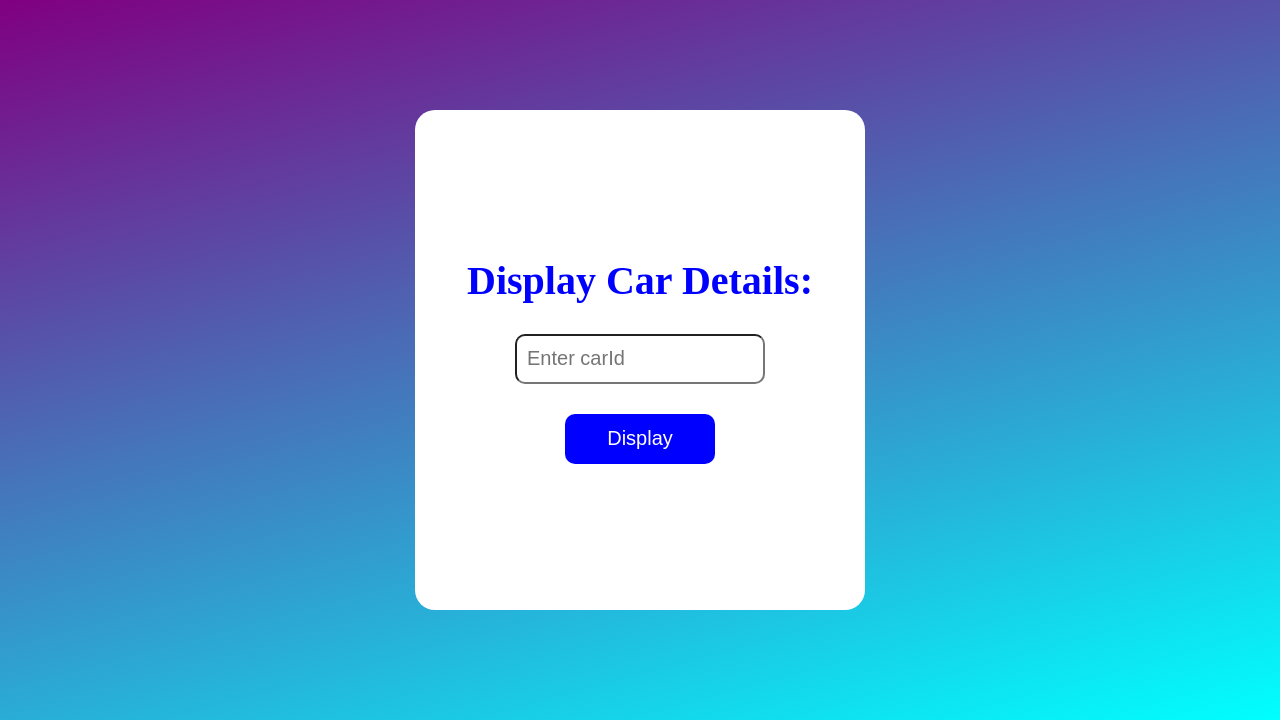
Repository: Dhirajkumar02/Advance-Java--J2EE-
Page: ServletProjecct_CarDB/src/main/webapp/DisplayCar.html
An editor plug-in stored every save of this project. The page is shown before and after the next save, followed by the edit.
The browser window is 1280 px wide. The pictures show the whole page.

Above is the page before, as saved 2024-11-16 18:43:01.

### ServletProjecct_CarDB/src/main/webapp/DisplayCar.html
<!DOCTYPE html>
<html>
<head>
<meta charset="UTF-8">
<title>Insert title here</title>

<style>
*{
box-sizing: border-box;
margin: 0;
padding: 0;
}
body{
height: 100vh;
display: flex;
justify-content: center;
align-items: center;
background: linear-gradient(165deg, purple, aqua);
}
form {
/*   border: 2px solid black; */
  background: #fff;
  height: 500px;
  width: 450px;
  display: flex;
  justify-content: center;
  align-items: center;
  flex-direction: column;
  gap: 30px;
  border-radius: 20px;
}

h1 {
  font-size: 40px;
  color: blue;
}
input {
  height: 50px;
  width: 250px;
  padding-left: 10px;
  font-size: 20px;
  border-radius: 10px;
}
#display_btn {
  height: 50px;
  width: 150px;
  background-color: blue;
  color: #fff;
  border: none;
  font-size: 20px;
  border-radius: 10px;
  cursor: pointer;
}
</style>
</head>
<body>

<form action="display-car">
<div>
<h1>Display Car Details:</h1>
</div>

<div>
<input type="number" placeholder="Enter carId" name="carId" >
</div>

<div>
<button type="submit" id="display_btn" value="Display">Display</button>
</div>

</form>
</body>
</html>

After the next save:
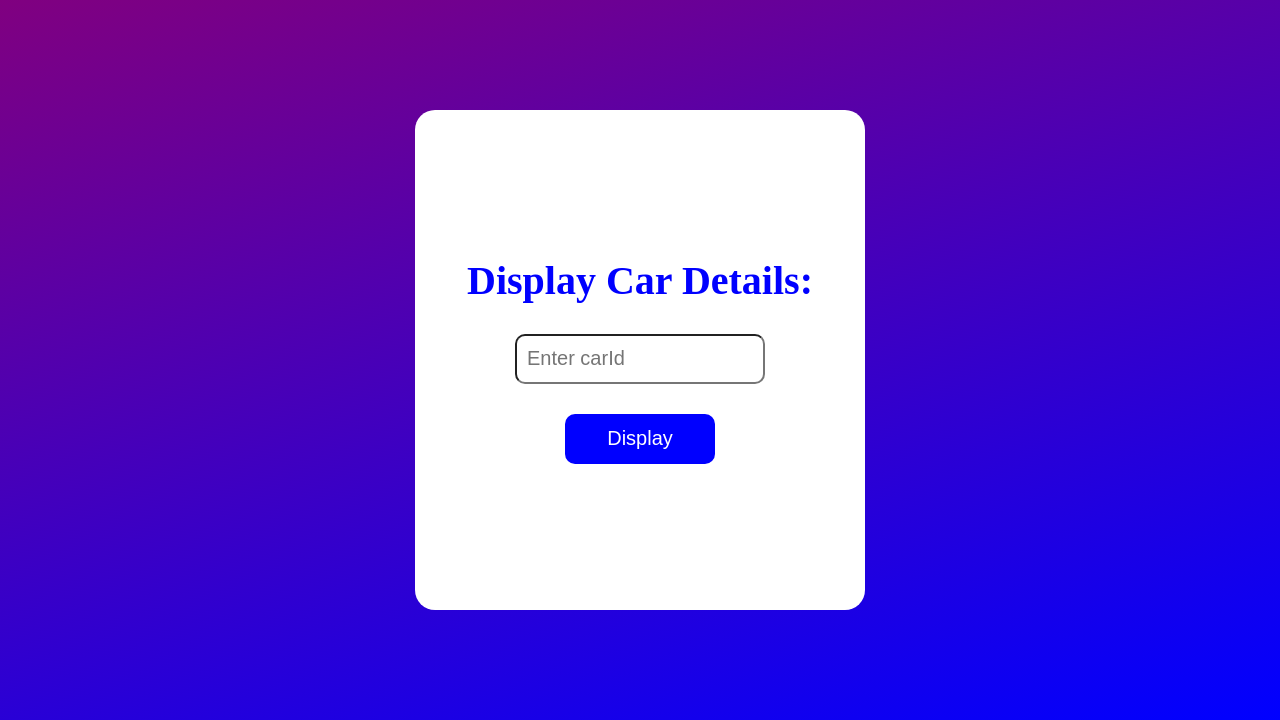
Saved 53 s later.
--- a/ServletProjecct_CarDB/src/main/webapp/DisplayCar.html
+++ b/ServletProjecct_CarDB/src/main/webapp/DisplayCar.html
@@ -15,7 +15,7 @@ height: 100vh;
 display: flex;
 justify-content: center;
 align-items: center;
-background: linear-gradient(165deg, purple, aqua);
+background: linear-gradient(165deg, purple, blue);
 }
 form {
 /*   border: 2px solid black; */
